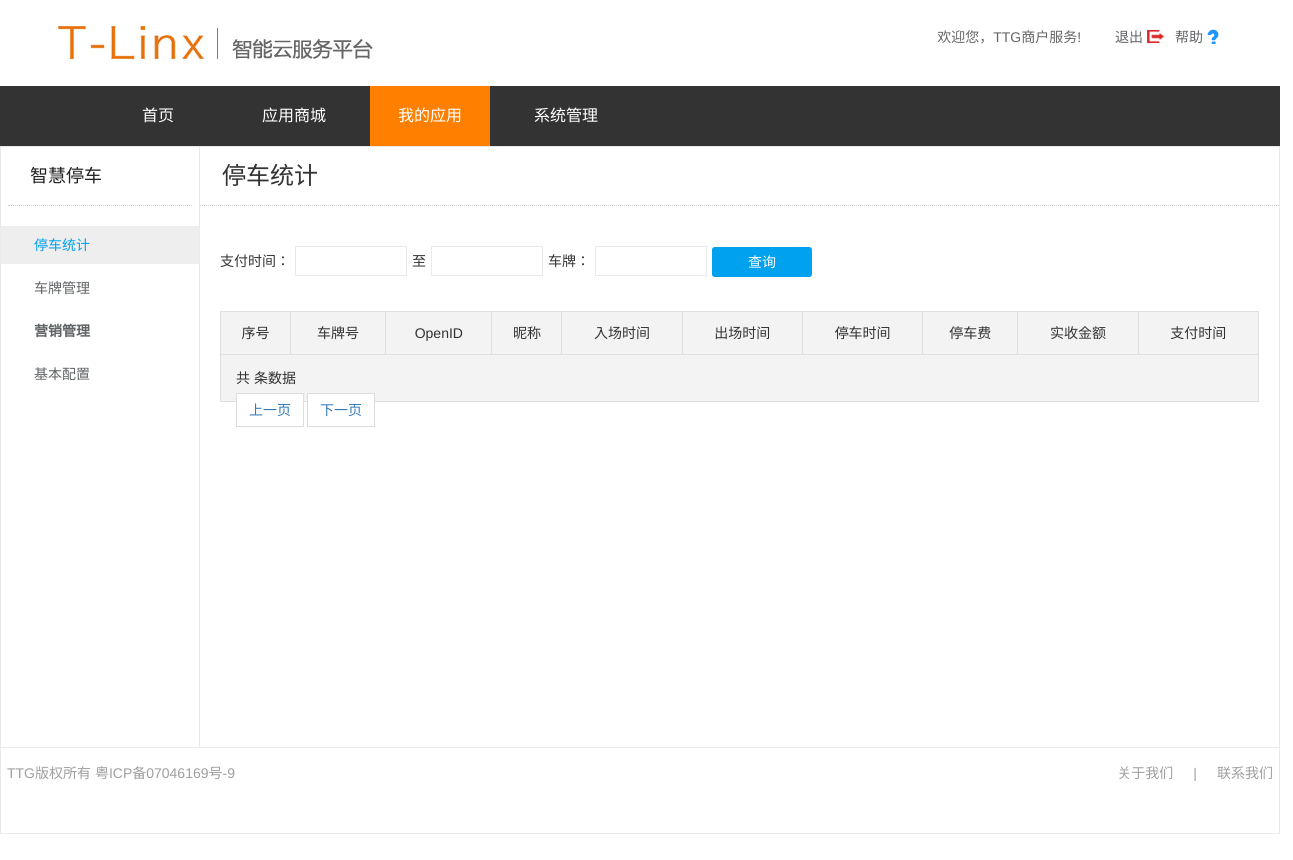
Repository: Keori/ParkCar
Page: admin/商户云/智慧停车/ParkComputed.html
These files come from the project's save history. The page is drawn as it stood at one moment and after the next save; the edit follows.
The browser window is 1280 px wide. The page is 1293 px wide, so the pictures cover 1293 px, including what lies to the right of the window. The pictures show the whole page.
The page's requests for data from a server got no answer.

Above is the page before, as saved 2018-12-24 12:01:08.

### admin/商户云/智慧停车/ParkComputed.html
<!DOCTYPE html>
<html lang="en">
<head>
    <meta charset="utf-8">
    <meta name="viewport" content="initial-scale=1.0,width=device-width" />
    <meta name="keywords" content="" />
    <meta name="description" content="" />
    <title>会员卡</title>
    <link href="../css/reset.css" type="text/css" rel="stylesheet"/>
    <link href="../css/layout.css" type="text/css" rel="stylesheet"/>
    <link href="../laydate/laydate.css" type="text/css" rel="stylesheet"/>
    <script type="text/javascript" src="../js/jquery-3.1.1.min.js"></script>
    <script type="text/javascript" src="../js/vue.js"></script>
</head>
<body>
<header class="header index_header">
    <div class="top w1170">
        <div class="logo"><i></i><img src="../images/logo.jpg" alt=""/></div>
        <div class="top_right">欢迎您，TTG商户服务! <span class="icon out_icon"><a href="">退出<code></code></a></span><span class="icon help_icon"><a href="">帮助<code></code></a></span></div>
    </div>

    <menu class="menu">
        <div class="w1170">
            <ul>
                <li><a href="">首页</a></li>
                <li><a href="">应用商城</a></li>
                <li class="on"><a href="">我的应用</a></li>
                <li><a href="">系统管理</a></li>
            </ul>
        </div>
    </menu>
</header>
<section id="content" class="content content1170">
    <aside class="left_con">
        <div class="left_con_tit borderb">智慧停车</div>

        <ul>
            <li class="on"><a href="">停车统计</a></li>
            <li><a href="ParkManage.html">车牌管理</a></li>
            <li>
                <h1><a class='pagetitle' href="javascript:;" @click='ManageType'>营销管理</a><i></i></a>
                <div class='secondary' v-show='type'>
                    <h2 :class="{active:changeGray===1}" @click='change(1)'>
                        <a class='nextselect' href="Manage.html">
                            <span class='blockText'>模板类型</span>
                        </a>
                    </h2>
                    <h2 :class="{active:changeGray===2}" @click='change(2)'>
                        <a class='nextselect' href="Manage2.html">
                            <span class='blockText'>广告类型</span>
                        </a>
                    </h2>
                </div>
            </li>
            <li><a href="Basic.html">基本配置</a></li>
        </ul>
    </aside>
    <section id="boxRight" class="boxRight">
        <div class="boxRight_tit f1 borderb">停车统计</div>
        <article class="boxRightCon">
            <div class="CommonInput viplist_formlist viplist_formlist_1">
                <ul>
                    <li>
                        <span class="name">支付时间：</span><input id='timeData' name="text" type="text" style="width:100px;" onclick="laydate()"/>
                    </li>
                    <li>
                        <span class="name">至</span><input id='timeData1' name="text" type="text" style="width:100px;" onclick="laydate()"/>
                    </li>
                    <li>
                        <span class="name">车牌：</span><input v-model='filterSearch.plateNo' name="text" type="text" style="width:100px;"/>
                    </li>
                    <li>
                        <div class="org_btn"><a @click='Search'>查询</a></div>
                    </li>
                </ul>
            </div>
            <table width="100%" cellpadding="0" cellspacing="0" border="0" class="commonTable commonTable4">
                <tr>
                    <th>序号</th>
                    <th>车牌号</th>
                    <th>OpenID</th>
                    <th>昵称</th>
                    <th>入场时间</th>
                    <th>出场时间</th>
                    <th>停车时间</th>
                    <th>停车费</th>
                    <th>实收金额</th>
                    <th>支付时间</th>
                </tr>
                <tr v-for='(item,index) in Park' v-show='index<6'>
                    <td>{{index+1}}</td>
                    <td>{{item.plateNo}}</td>
                    <td>{{item.OpenId}}</td>
                    <td>{{item.nickName}}</td>
                    <td>{{item.entryTime}}</td>
                    <td>{{item.payTime}}</td>
                    <td>{{item.elapsedTime}}</td>
                    <td>{{item.payable}}</td>
                    <td class="red">{{item.OfficialMoney}}</td>
                    <td>{{item.payTime}}</td>
                </tr>
            </table>
            <div class="bg_f3 page page-bar">共 {{pages.pageSize}} 条数据
                <ul>
                    <li v-if="cur>1"><a v-on:click="cur--,pageClick()">上一页</a></li>
                    <li v-if="cur==1"><a class="banclick">上一页</a></li>
                    <li v-for="index in indexs" v-bind:class="{ 'active': cur == index}">
                    <a v-on:click="btnClick(index)">{{ index }}</a>
                    </li>
                    <li v-if="cur!=all"><a v-on:click="cur++,pageClick()">下一页</a></li>
                    <li v-if="cur == all"><a class="banclick">下一页</a></li>
                </ul>
            </div>
        </article>
    </section>
    <footer class="footer">
        <div class="w1000">
            <p class="footer_a fl">TTG版权所有   粤ICP备07046169号-9</p>
            <p class="footer_b fr"><a href="">关于我们</a>|<a href="">联系我们</a></p>
        </div>
    </footer>
</section>
<script  type="text/javascript">
    new Vue({
        el: '#content',
        data(){
            return{
                cur: 1, //当前页码
                type: false,
                changeGray: '',
                filterSearch:{
                    plateNo: '',
                    payTimeStart: '',
                    payTimeEnd: ''
                },
                Park: [],
                pages:{},
            }
        },
        computed:{
            indexs: function(){
            var left = 1;
            var right = this.all;
            var ar = [];
            if(this.all>= 5){
            if(this.cur > 3 && this.cur < this.all-2){
                left = this.cur - 2
                right = this.cur + 2
            }else{
                if(this.cur<=3){
                left = 1
                right = 5
                }else{
                right = this.all
                left = this.all -4
                }
            }
            }
            while (left <= right){
            ar.push(left)
            left ++
            }
            return ar
    }
        },
        watch:{
            cur: function(oldValue , newValue){
    }
        },
        methods:{
            btnClick: function(data){//页码点击事件
            if(data != this.cur){
            this.cur = data
        }
        },
            pageClick: function(){
            console.log('现在在'+this.cur+'页');
        },
            Search(){
                this.filterSearch.payTimeStart = $('#timeData').val()
                this.filterSearch.payTimeEnd = $('#timeData1').val()
                let params =
                    this.filterSearch,
                    currPage = this.current,
                    pageSize = this.pageSize,
                    totalPage = this.allpage,
                    totalCount = this.showItem
                    ;
                console.log(this.filterSearch);
                $.ajax({
                url: 'http://q214e81040.iask.in:32642/merchant/car/paylist',
                type: 'get',
                data: params,
                statusCode:{
                    404:function(){
                        alert('网络错误')
                    }
                },
                success:(params) => {
                    this.Park = params.page.list
                    this.pages = params.page
                    console.log(this.pages);
                    console.log(this.Park)
                }
            })
            },
            ManageType(){
                if(this.type === false){
                    this.type = true
                }else{
                    this.type = false
                }
            },
            change(num){
                this.changeGray = num
            },
            goto(index){
                if(index == this.current) return;
                this.current = index;
            }
        },
        created(){
            this.Search()
        }
    })
</script>
</body>
<script src="../laydate/laydate.js"></script>
<script>
</script>
<style>
ul,li{
    margin: 0px;
    padding: 0px;
    }
li{
    list-style: none
    }
.page-bar li:first-child>a {
    margin-left: 0px
    }
.page-bar a{
    border: 1px solid #ddd;
    text-decoration: none;
    position: relative;
    float: left;
    padding: 6px 12px;
    margin-left: -1px;
    line-height: 1.42857143;
    color: #337ab7;
    cursor: pointer
    }
.page-bar a:hover{
    background-color: #eee;
    }
.page-bar a.banclick{
    cursor:not-allowed;
    }
.page-bar .active a{
    color: #fff;
    cursor: default;
    background-color: #337ab7;
    border-color: #337ab7;
    }
.page-bar i{
    font-style:normal;
    color: #d44950;
    margin: 0px 4px;
    font-size: 12px;
    }
</style>
</html>

### admin/商户云/laydate/laydate.css
/**

 @Name： laydate皮肤：默认
 @Author：贤心
 @Site：http://sentsin.com/layui/laydate

**/

.laydate-icon{border:1px solid #C6C6C6; background-image:url(icon.png)}

.laydate_body .laydate_box,
.laydate_body .laydate_ym,
.laydate_body .laydate_ym .laydate_yms,
.laydate_body .laydate_table,
.laydate_body .laydate_table td,
.laydate_body .laydate_bottom #laydate_hms,
.laydate_body .laydate_time,
.laydate_body .laydate_bottom .laydate_btn a{border:1px solid #ccc;}

.laydate_body .laydate_y .laydate_yms a,
.laydate_body .laydate_choose,
.laydate_body .laydate_table thead,
.laydate_body .laydate_bottom .laydte_hsmtex{background-color:#F6F6F6;}

.laydate_body .laydate_box,
.laydate_body .laydate_ym .laydate_yms,
.laydate_body .laydate_time{box-shadow: 2px 2px 5px rgba(0,0,0,.1);}

.laydate_body .laydate_box{border-top:none; border-bottom:none; background-color:#fff; color:#333;}
.laydate_body .laydate_box input{color:#333;}
.laydate_body .laydate_box .laydate_void{color:#ccc!important; /*text-decoration:line-through;*/}
.laydate_body .laydate_box .laydate_void:hover{background-color:#fff!important}
.laydate_body .laydate_box a, .laydate_body .laydate_box a:hover{color:#333;}
.laydate_body .laydate_box a:hover{color:#666;}
.laydate_body .laydate_click{background-color:#eee!important;}
.laydate_body .laydate_top{border-top:1px solid #C6C6C6;}
.laydate_body .laydate_ym .laydate_yms{border:1px solid #C6C6C6; background-color:#fff;}
.laydate_body .laydate_y .laydate_yms a{border-bottom:1px solid #C6C6C6;}
.laydate_body .laydate_y .laydate_yms .laydate_chdown{border-top:1px solid #C6C6C6; border-bottom:none;}
.laydate_body .laydate_choose{border-left:1px solid #C6C6C6;}
.laydate_body .laydate_chprev{border-left:none; border-right:1px solid #C6C6C6;}
.laydate_body .laydate_choose:hover,
.laydate_body .laydate_y .laydate_yms a:hover{background-color:#fff;}
.laydate_body .laydate_chtop cite{border-bottom-color:#666;}
.laydate_body .laydate_chdown cite, .laydate_body .laydate_ym label{border-top-color:#666;}
.laydate_body .laydate_chprev cite{border-right-style:solid; border-right-color:#666;}
.laydate_body .laydate_chnext cite{border-left-style:solid; border-left-color:#666;}
.laydate_body .laydate_table td{border:none;  height:21px!important; line-height:21px!important; background-color:#fff;}
.laydate_body .laydate_table .laydate_nothis{color:#999;}
.laydate_body .laydate_table thead{height:21px!important; line-height:21px!important;}
.laydate_body .laydate_table thead th{border-bottom:1px solid #ccc;}
.laydate_body .laydate_bottom{border-bottom:1px solid #C6C6C6;}
.laydate_body .laydate_bottom #laydate_hms{background-color:#fff;}
.laydate_body .laydate_time{background-color:#fff;}
.laydate_body .laydate_bottom .laydate_sj{border-right:1px solid #C6C6C6; background-color:#F6F6F6;}
.laydate_body .laydate_bottom input{background-color:#fff;}
.laydate_body .laydate_bottom .laydte_hsmtex{border-bottom:1px solid #C6C6C6;}
.laydate_body .laydate_bottom .laydate_btn{border-right:1px solid #C6C6C6;}
.laydate_body .laydate_bottom .laydate_v{color:#999}
.laydate_body .laydate_bottom .laydate_btn a{border-right:none; background-color:#F6F6F6;}
.laydate_body .laydate_bottom .laydate_btn a:hover{color:#000; background-color:#fff;}

.laydate_body .laydate_m .laydate_yms span:hover,
.laydate_body .laydate_y .laydate_yms ul li:hover,
.laydate_body .laydate_table td:hover,
.laydate_body .laydate_time .laydate_hmsno span:hover{background-color:#F3F3F3}

### admin/商户云/laydate/need/laydate.css
/**

 @Name： laydate 核心样式
 @Author：贤心
 @Site：http://sentsin.com/layui/laydate

**/

html{_background-image:url(about:blank); _background-attachment:fixed;}
.laydate_body .laydate_box, .laydate_body .laydate_box *{margin:0; padding:0;}
.laydate-icon,
.laydate-icon-default,
.laydate-icon-danlan,
.laydate-icon-dahong,
.laydate-icon-molv{height:22px; line-height:22px; padding-right:20px; border:1px solid #C6C6C6; background-repeat:no-repeat; background-position:right center;  background-color:#fff; outline:0;}
.laydate-icon-default{ background-image:url(../skins/default/icon.png)}
.laydate-icon-danlan{border:1px solid #B1D2EC; background-image:url(../skins/danlan/icon.png)}
.laydate-icon-dahong{background-image:url(../skins/dahong/icon.png)}
.laydate-icon-molv{background-image:url(../skins/molv/icon.png)}
.laydate_body .laydate_box{width:240px; font:12px '\5B8B\4F53'; z-index:99999999; *margin:-2px 0 0 -2px; *overflow:hidden; _margin:0; _position:absolute!important; background-color:#fff;}
.laydate_body .laydate_box li{list-style:none;}
.laydate_body .laydate_box .laydate_void{cursor:text!important;}
.laydate_body .laydate_box a, .laydate_body .laydate_box a:hover{text-decoration:none; blr:expression(this.onFocus=this.blur()); cursor:pointer;}
.laydate_body .laydate_box a:hover{text-decoration:none;}
.laydate_body .laydate_box cite, .laydate_body .laydate_box label{position:absolute; width:0; height:0; border-width:5px; border-style:dashed; border-color:transparent; overflow:hidden; cursor:pointer;}
.laydate_body .laydate_box .laydate_yms, .laydate_body .laydate_box .laydate_time{display:none;}
.laydate_body .laydate_box .laydate_show{display:block;}
.laydate_body .laydate_box input{outline:0; font-size:14px; background-color:#fff;}
.laydate_body .laydate_top{position:relative; height:26px; padding:5px; *width:100%; z-index:99;}
.laydate_body .laydate_ym{position:relative; float:left; height:24px; cursor:pointer;}
.laydate_body .laydate_ym input{float:left; height:24px; line-height:24px; text-align:center; border:none; cursor:pointer;}
.laydate_body .laydate_ym .laydate_yms{position:absolute; left: -1px; top: 24px; height:181px;}
.laydate_body .laydate_y{width:121px; margin-right:6px;}
.laydate_body .laydate_y input{width:64px; margin-right:15px;}
.laydate_body .laydate_y .laydate_yms{width:121px; text-align:center;}
.laydate_body .laydate_y .laydate_yms a{position:relative; display:block; height:20px;}
.laydate_body .laydate_y .laydate_yms ul{height:139px; padding:0; *overflow:hidden;}
.laydate_body .laydate_y .laydate_yms ul li{float:left; width:60px; height:20px; line-height: 20px; text-overflow: ellipsis; overflow: hidden; white-space: nowrap;}
.laydate_body .laydate_m{width:99px;}
.laydate_body .laydate_m .laydate_yms{width:99px; padding:0;}
.laydate_body .laydate_m input{width:42px; margin-right:15px;}
.laydate_body .laydate_m .laydate_yms span{display:block; float:left; width:42px; margin: 5px 0 0 5px; line-height:24px; text-align:center; _display:inline;}
.laydate_body .laydate_choose{display:block; float:left; position:relative; width:20px; height:24px;}
.laydate_body .laydate_choose cite, .laydate_body .laydate_tab cite{left:50%; top:50%;}
.laydate_body .laydate_chtop cite{margin:-7px 0 0 -5px; border-bottom-style:solid;}
.laydate_body .laydate_chdown cite, .laydate_body .laydate_ym label{top:50%; margin:-2px 0 0 -5px; border-top-style:solid;}
.laydate_body .laydate_chprev cite{margin:-5px 0 0 -7px;}
.laydate_body .laydate_chnext cite{margin:-5px 0 0 -2px;}
.laydate_body .laydate_ym label{right:28px;}
.laydate_body .laydate_table{ width:230px; margin:0 5px; border-collapse:collapse; border-spacing:0px; }
.laydate_body .laydate_table td{width:31px; height:19px; line-height:19px; text-align: center; cursor:pointer; font-size: 12px;}
.laydate_body .laydate_table thead{height:22px; line-height:22px;}
.laydate_body .laydate_table thead th{font-weight:400; font-size:12px; text-align:center;}
.laydate_body .laydate_bottom{position:relative; height:22px; line-height:20px; padding:5px; font-size:12px;}
.laydate_body .laydate_bottom #laydate_hms{position: relative; z-index: 1; float:left; }
.laydate_body .laydate_time{ position:absolute; left:5px; bottom: 26px; width:129px; height:125px; *overflow:hidden;}
.laydate_body .laydate_time .laydate_hmsno{ padding:5px 0 0 5px;}
.laydate_body .laydate_time .laydate_hmsno span{display:block; float:left; width:24px; height:19px; line-height:19px; text-align:center; cursor:pointer; *margin-bottom:-5px;}
.laydate_body .laydate_time1{width:228px; height:154px;}
.laydate_body .laydate_time1 .laydate_hmsno{padding: 6px 0 0 8px;}
.laydate_body .laydate_time1 .laydate_hmsno span{width:21px; height:20px; line-height:20px;}
.laydate_body .laydate_msg{left:49px; bottom:67px; width:141px; height:auto; overflow: hidden;}
.laydate_body .laydate_msg p{padding:5px 10px;}
.laydate_body .laydate_bottom li{float:left; height:20px; line-height:20px; border-right:none; font-weight:900;}
.laydate_body .laydate_bottom .laydate_sj{width:33px; text-align:center; font-weight:400;}
.laydate_body .laydate_bottom input{float:left; width:21px; height:20px; line-height:20px; border:none; text-align:center; cursor:pointer; font-size:12px;  font-weight:400;}
.laydate_body .laydate_bottom .laydte_hsmtex{height:20px; line-height:20px; text-align:center;}
.laydate_body .laydate_bottom .laydte_hsmtex span{position:absolute; width:20px; top:0; right:0px; cursor:pointer;}
.laydate_body .laydate_bottom .laydte_hsmtex span:hover{font-size:14px;}
.laydate_body .laydate_bottom .laydate_btn{position:absolute; right:5px; top:5px;}
.laydate_body .laydate_bottom .laydate_btn a{float:left; height:20px; padding:0 6px; _padding:0 5px;}
.laydate_body .laydate_bottom .laydate_v{position:absolute; left:10px; top:6px; font-family:Courier; z-index:0;}

### admin/商户云/laydate/skins/default/laydate.css
/**

 @Name： laydate皮肤：默认
 @Author：贤心
 @Site：http://sentsin.com/layui/laydate

**/

.laydate-icon{border:1px solid #C6C6C6; background-image:url(icon.png)}

.laydate_body .laydate_box,
.laydate_body .laydate_ym,
.laydate_body .laydate_ym .laydate_yms,
.laydate_body .laydate_table,
.laydate_body .laydate_table td,
.laydate_body .laydate_bottom #laydate_hms,
.laydate_body .laydate_time,
.laydate_body .laydate_bottom .laydate_btn a{border:1px solid #ccc;}

.laydate_body .laydate_y .laydate_yms a,
.laydate_body .laydate_choose,
.laydate_body .laydate_table thead,
.laydate_body .laydate_bottom .laydte_hsmtex{background-color:#F6F6F6;}

.laydate_body .laydate_box,
.laydate_body .laydate_ym .laydate_yms,
.laydate_body .laydate_time{box-shadow: 2px 2px 5px rgba(0,0,0,.1);}

.laydate_body .laydate_box{border-top:none; border-bottom:none; background-color:#fff; color:#333;}
.laydate_body .laydate_box input{color:#333;}
.laydate_body .laydate_box .laydate_void{color:#ccc!important; /*text-decoration:line-through;*/}
.laydate_body .laydate_box .laydate_void:hover{background-color:#fff!important}
.laydate_body .laydate_box a, .laydate_body .laydate_box a:hover{color:#333;}
.laydate_body .laydate_box a:hover{color:#666;}
.laydate_body .laydate_click{background-color:#eee!important;}
.laydate_body .laydate_top{border-top:1px solid #C6C6C6;}
.laydate_body .laydate_ym .laydate_yms{border:1px solid #C6C6C6; background-color:#fff;}
.laydate_body .laydate_y .laydate_yms a{border-bottom:1px solid #C6C6C6;}
.laydate_body .laydate_y .laydate_yms .laydate_chdown{border-top:1px solid #C6C6C6; border-bottom:none;}
.laydate_body .laydate_choose{border-left:1px solid #C6C6C6;}
.laydate_body .laydate_chprev{border-left:none; border-right:1px solid #C6C6C6;}
.laydate_body .laydate_choose:hover,
.laydate_body .laydate_y .laydate_yms a:hover{background-color:#fff;}
.laydate_body .laydate_chtop cite{border-bottom-color:#666;}
.laydate_body .laydate_chdown cite, .laydate_body .laydate_ym label{border-top-color:#666;}
.laydate_body .laydate_chprev cite{border-right-style:solid; border-right-color:#666;}
.laydate_body .laydate_chnext cite{border-left-style:solid; border-left-color:#666;}
.laydate_body .laydate_table td{border:none;  height:21px!important; line-height:21px!important; background-color:#fff;}
.laydate_body .laydate_table .laydate_nothis{color:#999;}
.laydate_body .laydate_table thead{height:21px!important; line-height:21px!important;}
.laydate_body .laydate_table thead th{border-bottom:1px solid #ccc;}
.laydate_body .laydate_bottom{border-bottom:1px solid #C6C6C6;}
.laydate_body .laydate_bottom #laydate_hms{background-color:#fff;}
.laydate_body .laydate_time{background-color:#fff;}
.laydate_body .laydate_bottom .laydate_sj{border-right:1px solid #C6C6C6; background-color:#F6F6F6;}
.laydate_body .laydate_bottom input{background-color:#fff;}
.laydate_body .laydate_bottom .laydte_hsmtex{border-bottom:1px solid #C6C6C6;}
.laydate_body .laydate_bottom .laydate_btn{border-right:1px solid #C6C6C6;}
.laydate_body .laydate_bottom .laydate_v{color:#999}
.laydate_body .laydate_bottom .laydate_btn a{border-right:none; background-color:#F6F6F6;}
.laydate_body .laydate_bottom .laydate_btn a:hover{color:#000; background-color:#fff;}

.laydate_body .laydate_m .laydate_yms span:hover,
.laydate_body .laydate_y .laydate_yms ul li:hover,
.laydate_body .laydate_table td:hover,
.laydate_body .laydate_time .laydate_hmsno span:hover{background-color:#F3F3F3}

Loaded but not shown: admin/商户云/js/jquery-3.1.1.min.js (library); admin/商户云/js/vue.js (library); admin/商户云/laydate/laydate.js (library); admin/商户云/css/layout.css (845 lines, source omitted); admin/商户云/css/reset.css (322 lines, source omitted)

After the next save:
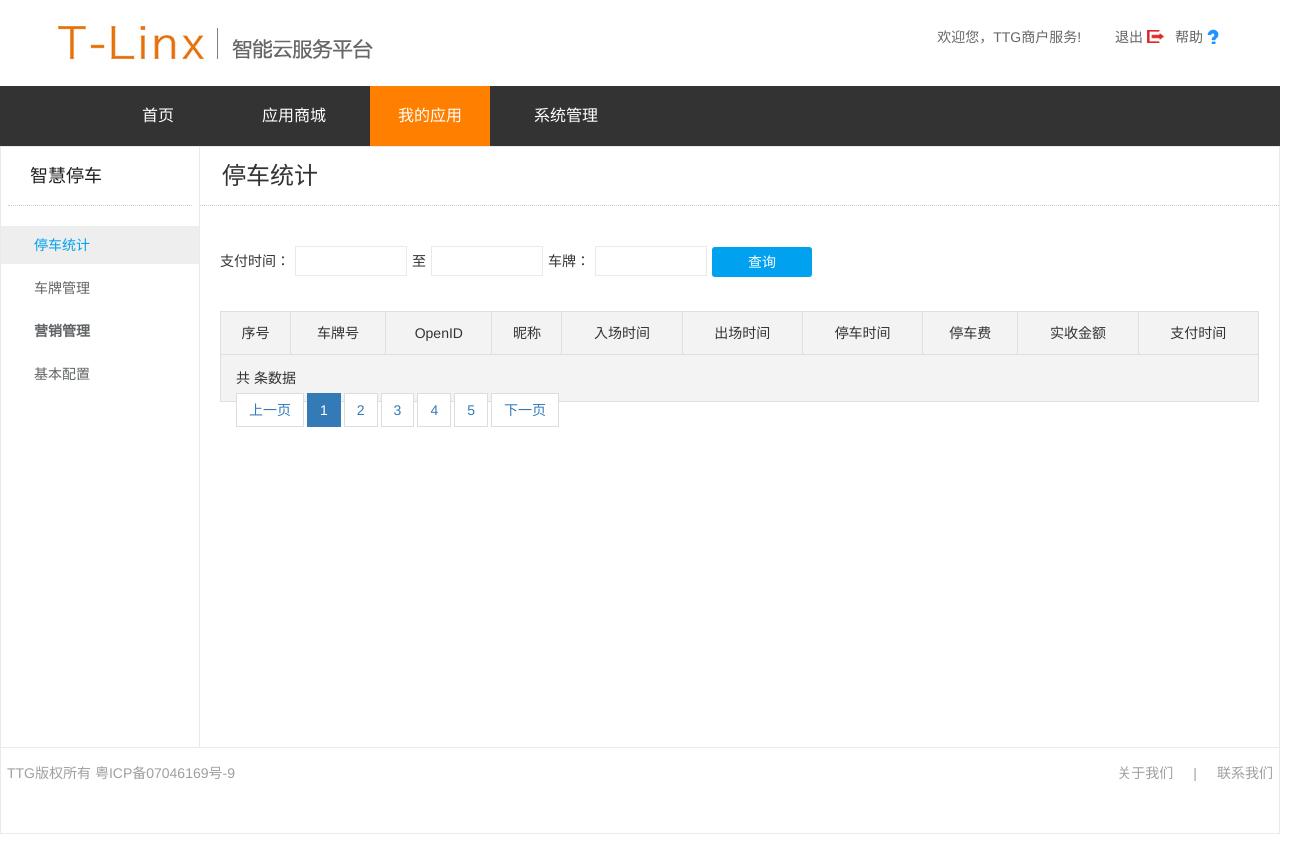
Saved 7 s later.
--- a/admin/商户云/智慧停车/ParkComputed.html
+++ b/admin/商户云/智慧停车/ParkComputed.html
@@ -125,6 +125,7 @@
         el: '#content',
         data(){
             return{
+                all: 8,
                 cur: 1, //当前页码
                 type: false,
                 changeGray: '',
